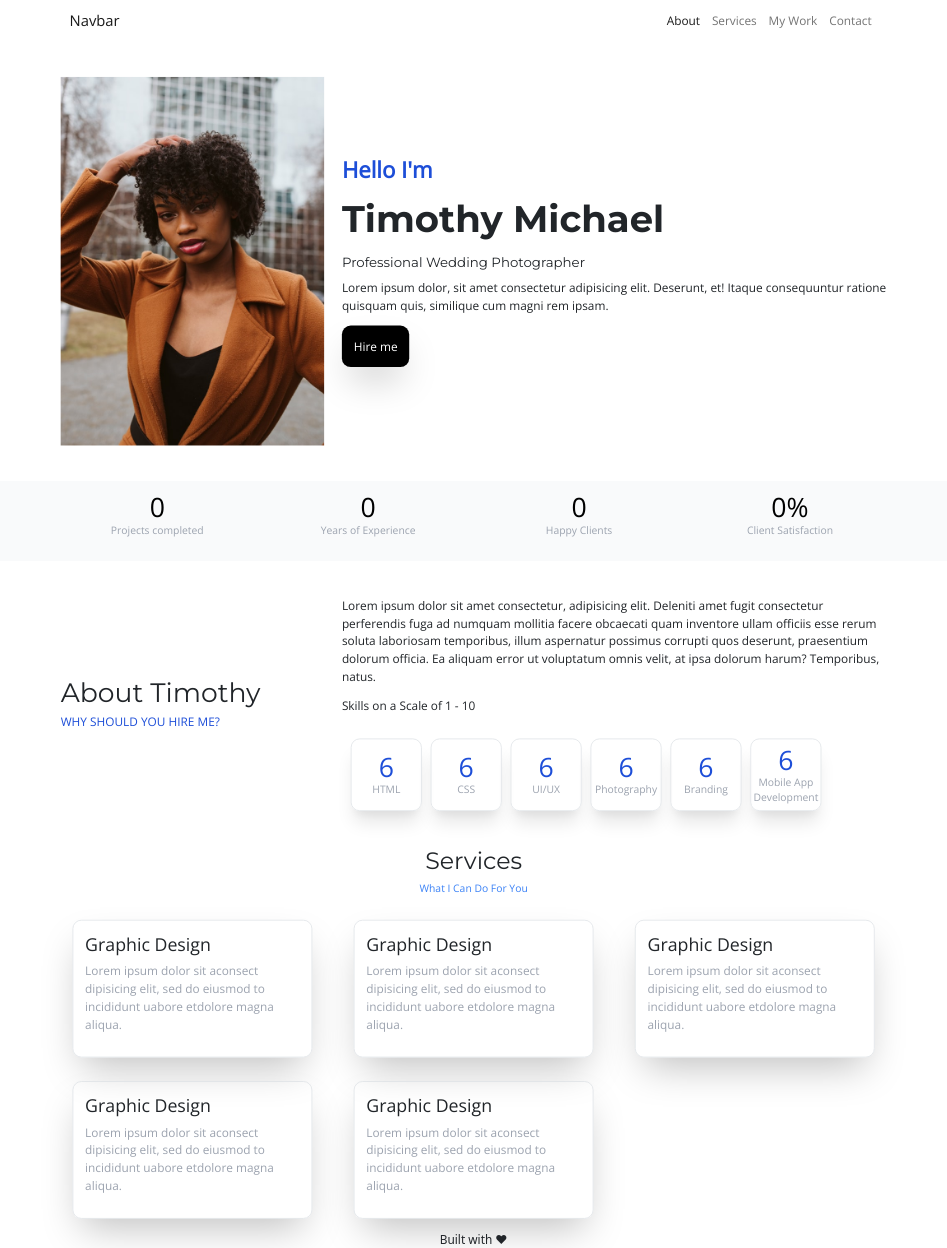
Repository: latenightsnacc/giggles
Page: HTML/freelancer.html
The author's editor kept a copy of each file at every save. The page is drawn from the files as they stood at one save, then again after the next save.
The browser window is 1280 px wide. The pictures show the whole page, at 74% of full size.
Some web libraries are served in a nearby version.

Above is the page before, as saved 2021-01-03 16:26:10.

### HTML/freelancer.html
<!DOCTYPE html>
<html lang="en">
<head>
    <meta charset="UTF-8">
    <meta name="viewport" content="width=device-width, initial-scale=1.0">
    <link href="https://cdnjs.cloudflare.com/ajax/libs/tailwindcss/2.0.2/tailwind.min.css" rel="stylesheet">
    <link rel="stylesheet" href="https://stackpath.bootstrapcdn.com/font-awesome/4.7.0/css/font-awesome.min.css" />
    <link href="https://cdn.jsdelivr.net/npm/bootstrap@5.0.0-beta1/dist/css/bootstrap.min.css" rel="stylesheet" integrity="sha384-giJF6kkoqNQ00vy+HMDP7azOuL0xtbfIcaT9wjKHr8RbDVddVHyTfAAsrekwKmP1" crossorigin="anonymous">
    <link rel="stylesheet" href="stylesheet.css">
    <title>Freelancer Page</title>
</head>
<body class="overflow-x-hidden">
    <header class="container">
        <nav class="navbar navbar-expand-lg navbar-light bg-white">
            <div class="container-fluid">
              <a class="navbar-brand" href="#">Navbar</a>
              <button class="navbar-toggler" type="button" data-bs-toggle="collapse" data-bs-target="#navbarNavDropdown" aria-controls="navbarNavDropdown" aria-expanded="false" aria-label="Toggle navigation">
                <span class="navbar-toggler-icon"></span>
              </button>
              <div class="collapse navbar-collapse" id="navbarNavDropdown">
                <ul class="navbar-nav ml-auto">
                  <li class="nav-item">
                    <a class="nav-link active" aria-current="page" href="#">About</a>
                  </li>
                  <li class="nav-item">
                    <a class="nav-link" href="#">Services</a>
                  </li>
                  <li class="nav-item">
                    <a class="nav-link" href="#">My Work</a>
                  </li>
                  <li class="nav-item">
                    <a class="nav-link" href="#">Contact</a>
                  </li>
                  <!-- <li class="nav-item dropdown">
                    <a class="nav-link dropdown-toggle" href="#" id="navbarDropdownMenuLink" role="button" data-bs-toggle="dropdown" aria-expanded="false">
                      Dropdown link
                    </a>
                    <ul class="dropdown-menu" aria-labelledby="navbarDropdownMenuLink">
                      <li><a class="dropdown-item" href="#">Action</a></li>
                      <li><a class="dropdown-item" href="#">Another action</a></li>
                      <li><a class="dropdown-item" href="#">Something else here</a></li>
                    </ul>
                  </li> -->
                </ul>
              </div>
            </div>
        </nav>
    </header>
    <main>
        <!--User Banner-->
        <div class="container mt-5">
            <div class="row flex items-center h-auto">
                <div class="col-sm-12 col-md-4 col-lg-4 col-xl-4">
                    <img src="assets/userDp.jpg" alt="Profile Picture">
                </div>
                <div class="col-sm-12 col-md-8 col-lg-8 col-xl-8">
                    <div class="user-info">
                        <span class="semi-bold text-blue-700 py-10">Hello I'm</span>
                        <h1>Timothy Michael</h1>
                        <h2>Professional Wedding Photographer</h2>
                        <p>Lorem ipsum dolor, sit amet consectetur adipisicing elit. Deserunt, et! Itaque consequuntur ratione quisquam quis, similique cum magni rem ipsam.</p>
                        <button class="bg-black text-white p-3 semi-bold rounded-xl shadow-2xl">Hire me</button>
                    </div>
                </div>
            </div>
        </div>
        <!--User Statisitics-->
        <div class="stats w-full bg-gray-50 flex items-center h-auto py-3 mt-5">
            <div class="container">
                <div class="row">
                    <div class="stat-box col text-center">
                        <div class="bold text-4xl text-black">0</div>
                        <p class="text-sm text-gray-400">Projects completed</p>

                    </div>
                    <div class="stat-box col text-center">
                        <div class="bold text-4xl text-black">0</div>
                        <p class="text-sm text-gray-400">Years of Experience</p>
                    </div>
                    <div class="stat-box col text-center">
                        <div class="bold text-4xl text-black">0</div>
                        <p class="text-sm text-gray-400">Happy Clients</p>
                    </div>
                    <div class="stat-box col text-center">
                        <div class="bold text-4xl text-black">0%</div>
                        <p class="text-sm text-gray-400">Client Satisfaction</p>
                    </div>
                </div>
            </div>
        </div>
        <!--About User-->
        <div class="container">
            <div class="row h-auto flex flex-row items-center">
                <div class="col-sm-12 col-md-6 col-lg-4 col-xl-4 pt-5">
                    <h3 class="text-4xl">About Timothy</h3>
                    <span class="text-md text-blue-700 uppercase semi-bold">Why should you hire me?</span>
                </div>
                <div class="col-sm-12 col-md-6 col-lg-8 col-xl-8 pt-5">
                    <p>Lorem ipsum dolor sit amet consectetur, adipisicing elit. Deleniti amet fugit consectetur perferendis fuga ad numquam mollitia facere obcaecati quam inventore ullam officiis esse rerum soluta laboriosam temporibus, illum aspernatur possimus corrupti quos deserunt, praesentium dolorum officia. Ea aliquam error ut voluptatum omnis velit, at ipsa dolorum harum? Temporibus, natus.</p>
                    <p class="bold">Skills on a Scale of 1 - 10</p>
                    <div class="d-flex flex-wrap">
                        <div class="skill-box shadow-xl max-w-sm w-24 p-2 ml-3 mt-3 border border-gray-100 rounded-xl flex flex-col items-center justify-center text-center">

                            <span class="text-blue-700 bold text-4xl">6</span>
                            <div class="text-sm text-gray-400">HTML</div>
                        </div>
                        <div class="skill-box shadow-xl max-w-sm w-24 p-2 ml-3 mt-3 border border-gray-100 rounded-xl flex flex-col items-center justify-center text-center">

                            <span class="text-blue-700 bold text-4xl">6</span>
                            <div class="text-sm text-gray-400">CSS</div>
                        </div>
                        <div class="skill-box shadow-xl max-w-sm w-24 p-2 ml-3 mt-3 border border-gray-100 rounded-xl flex flex-col items-center justify-center text-center">

                            <span class="text-blue-700 bold text-4xl">6</span>
                            <div class="text-sm text-gray-400">UI/UX</div>
                        </div>
                        <div class="skill-box shadow-xl max-w-sm w-24 p-2 ml-3 mt-3 border border-gray-100 rounded-xl flex flex-col items-center justify-center text-center">

                            <span class="text-blue-700 bold text-4xl">6</span>
                            <div class="text-sm text-gray-400">Photography</div>
                        </div>
                        <div class="skill-box shadow-xl max-w-sm w-24 p-2 ml-3 mt-3 border border-gray-100 rounded-xl flex flex-col items-center justify-center text-center">

                            <span class="text-blue-700 bold text-4xl">6</span>
                            <div class="text-sm text-gray-400">Branding</div>
                        </div>
                        <div class="skill-box shadow-xl max-w-sm w-24 p-2 ml-3 mt-3 border border-gray-100 rounded-xl flex flex-col items-center justify-center text-center">

                            <span class="text-blue-700 bold text-4xl">6</span>
                            <div class="text-sm text-gray-400">Mobile App Development</div>
                        </div>
                    </div>
                </div>
            </div>
        </div>
        <!--Services User Provides-->
        <div class="container mt-5">
            <h2 class="text-center">Services</h2>
            <p class="text-blue-500 text-sm capitalize text-center">What I can do for you</p>
            <div class="row">
                <div class="col-xs-12 col-sm-12 col-md-3 col-lg-3 col-xl-4">
                    <div class="max-w-sm shadow-2xl border border-gray-100 rounded-xl p-3 m-3 hover:bg-black hover:text-white">
                        <div class="service-title text-2xl bold  pb-2">Graphic Design</div>
                        <p class="text-md text-gray-400">Lorem ipsum dolor sit aconsect dipisicing elit, sed do eiusmod to incididunt uabore etdolore magna aliqua.</p>
                    </div>
                </div>
                <div class="col-xs-12 col-sm-12 col-md-3 col-lg-3 col-xl-4">
                    <div class="max-w-sm shadow-2xl border border-gray-100 rounded-xl p-3 m-3 hover:bg-black hover:text-white">
                        <div class="service-title text-2xl bold  pb-2">Graphic Design</div>
                        <p class="text-md text-gray-400">Lorem ipsum dolor sit aconsect dipisicing elit, sed do eiusmod to incididunt uabore etdolore magna aliqua.</p>
                    </div>
                </div>
                <div class="col-xs-12 col-sm-12 col-md-3 col-lg-3 col-xl-4">
                    <div class="max-w-sm shadow-2xl border border-gray-100 rounded-xl p-3 m-3 hover:bg-black hover:text-white">
                        <div class="service-title text-2xl bold  pb-2">Graphic Design</div>
                        <p class="text-md text-gray-400">Lorem ipsum dolor sit aconsect dipisicing elit, sed do eiusmod to incididunt uabore etdolore magna aliqua.</p>
                    </div>
                </div>
                <div class="col-xs-12 col-sm-12 col-md-3 col-lg-3 col-xl-4">
                    <div class="max-w-sm shadow-2xl border border-gray-100 rounded-xl p-3 m-3 hover:bg-black hover:text-white">
                        <div class="service-title text-2xl bold  pb-2">Graphic Design</div>
                        <p class="text-md text-gray-400">Lorem ipsum dolor sit aconsect dipisicing elit, sed do eiusmod to incididunt uabore etdolore magna aliqua.</p>
                    </div>
                </div>
                <div class="col-xs-12 col-sm-12 col-md-3 col-lg-3 col-xl-4">
                    <div class="max-w-sm shadow-2xl border border-gray-100 rounded-xl p-3 m-3 hover:bg-black hover:text-white">
                        <div class="service-title text-2xl bold  pb-2">Graphic Design</div>
                        <p class="text-md text-gray-400">Lorem ipsum dolor sit aconsect dipisicing elit, sed do eiusmod to incididunt uabore etdolore magna aliqua.</p>
                    </div>
                </div>
            </div>

        </div>
    </main>
    <footer class="text-center">Built with &hearts; </footer>
    <script src="https://cdn.jsdelivr.net/npm/bootstrap@5.0.0-beta1/dist/js/bootstrap.bundle.min.js" integrity="sha384-ygbV9kiqUc6oa4msXn9868pTtWMgiQaeYH7/t7LECLbyPA2x65Kgf80OJFdroafW" crossorigin="anonymous"></script>

</body>
</html>

### HTML/stylesheet.css
@import url('https://fonts.googleapis.com/css2?family=Montserrat:wght@400;700&family=Open+Sans:wght@300;400&display=swap');

h1, h2, h3, h4, h5, h6 {
    font-family: 'Montserrat', sans-serif;
}
.user-info h1 {
    line-height: 60px;
    font-size: 50px;
    font-weight: 700;
    margin-top: 20px;
}
.user-info h2 {
    line-height: 27px;
    font-size: 18px;
    font-weight: 400;
    margin-top: 15px;
}
.user-info span {
    line-height: 36px;
    font-size: 30px;
    font-weight: 600;
}
.user-info p {
    margin: 5px 0;
}
.user-info button {
    margin-top: 10px;
}
p, div, a, button {
    font-family: 'Open Sans', sans-serif;
    font-weight: 300;
}

After the next save:
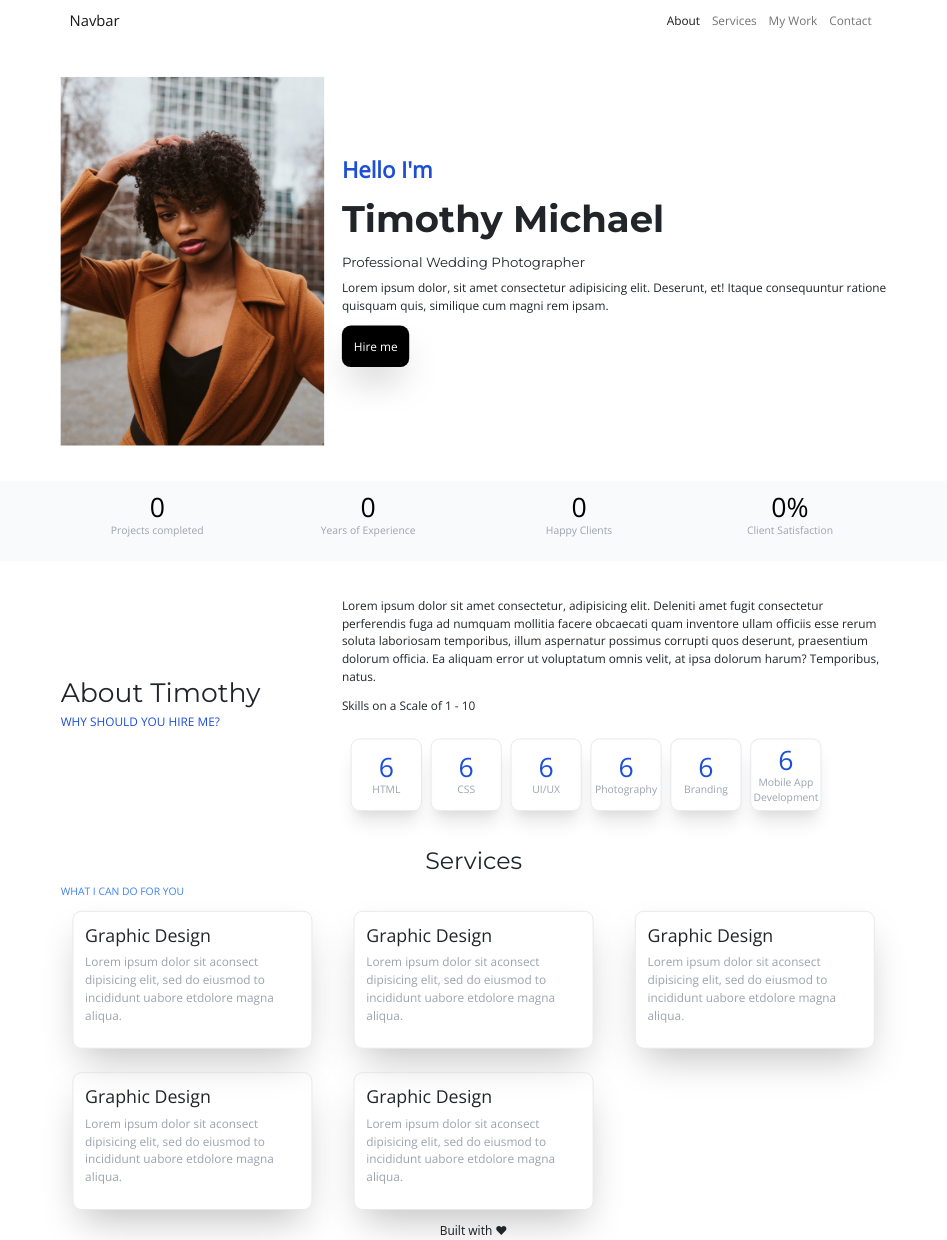
Saved 40 s later.
--- a/HTML/freelancer.html
+++ b/HTML/freelancer.html
@@ -136,7 +136,7 @@
         <!--Services User Provides-->
         <div class="container mt-5">
             <h2 class="text-center">Services</h2>
-            <p class="text-blue-500 text-sm capitalize text-center">What I can do for you</p>
+            <span class="text-blue-500 text-sm uppercase text-center uppercase">What I can do for you</span>
             <div class="row">
                 <div class="col-xs-12 col-sm-12 col-md-3 col-lg-3 col-xl-4">
                     <div class="max-w-sm shadow-2xl border border-gray-100 rounded-xl p-3 m-3 hover:bg-black hover:text-white">

After the save that followed:
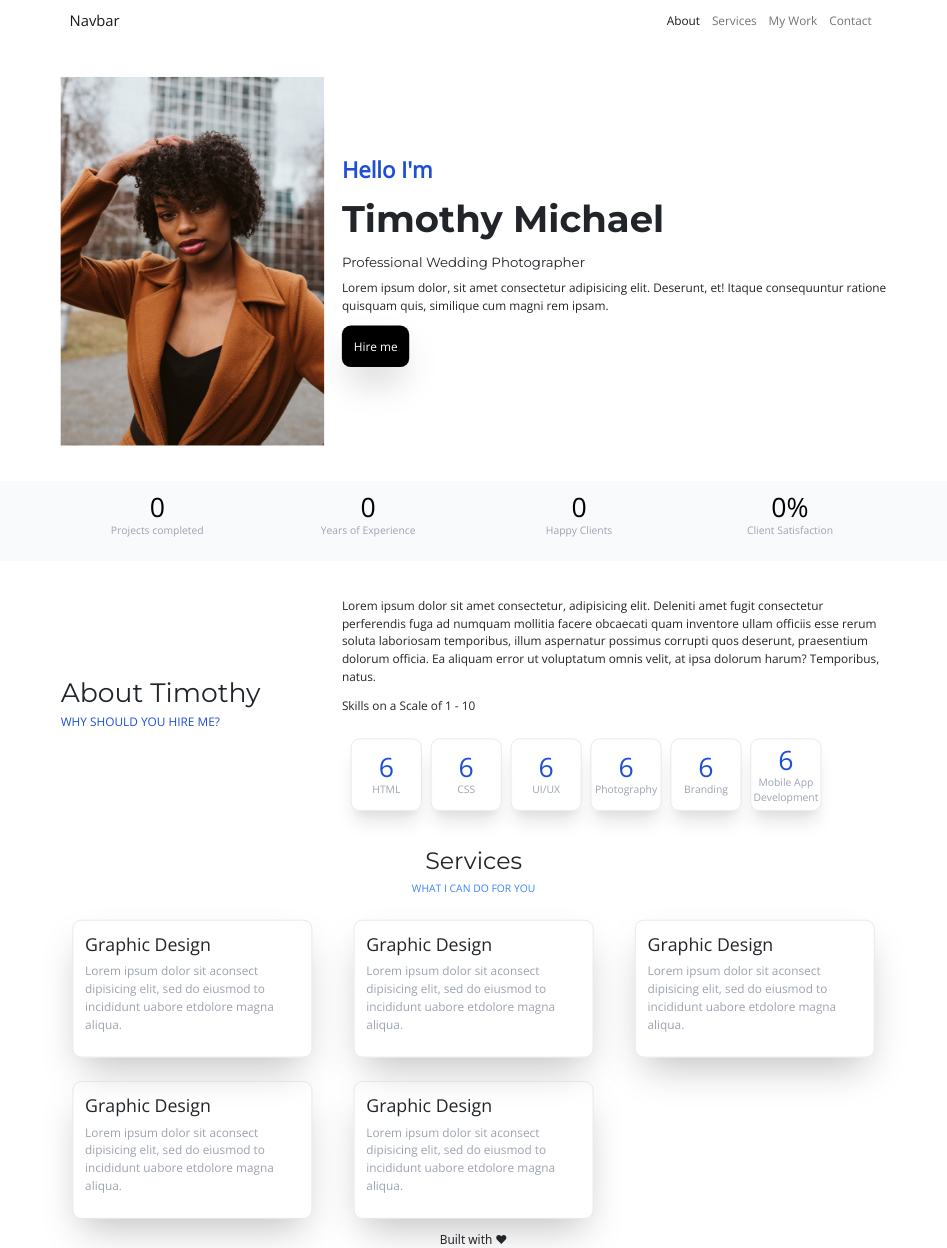
Saved 26 s later.
--- a/HTML/freelancer.html
+++ b/HTML/freelancer.html
@@ -136,7 +136,7 @@
         <!--Services User Provides-->
         <div class="container mt-5">
             <h2 class="text-center">Services</h2>
-            <span class="text-blue-500 text-sm uppercase text-center uppercase">What I can do for you</span>
+            <p class="text-blue-500 text-sm uppercase text-center uppercase">What I can do for you</p>
             <div class="row">
                 <div class="col-xs-12 col-sm-12 col-md-3 col-lg-3 col-xl-4">
                     <div class="max-w-sm shadow-2xl border border-gray-100 rounded-xl p-3 m-3 hover:bg-black hover:text-white">
